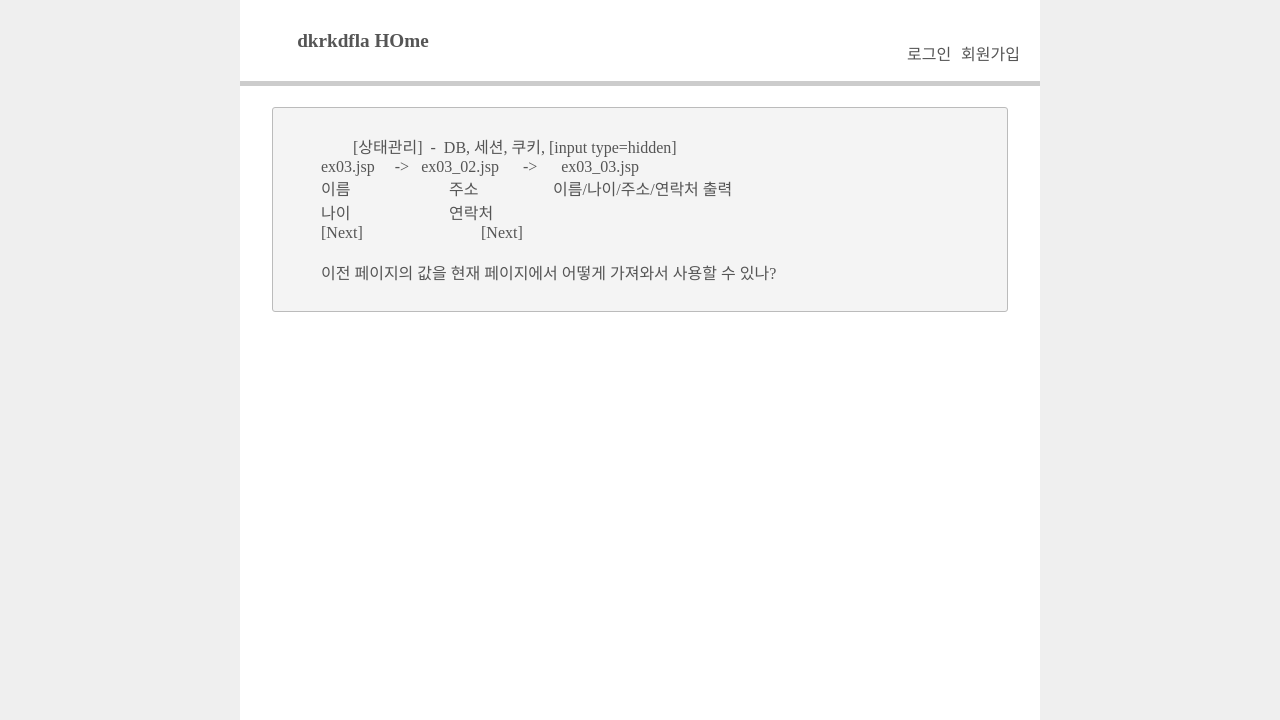
Repository: Dusajang/JSPClass
Page: http://localhost/jspPro/days04/ex03.jsp
An editor plug-in stored every save of this project. The page is shown before and after the next save, followed by the edit.
The browser window is 1280 px wide. The pictures show the whole page.
Some web fonts or font styles are not loaded; a fallback is used. The page is served by Tomcat 9. Other server files are loaded and not shown.

Above is the page before, as saved 2024-10-18 05:51:23.

### jspPro/src/main/webapp/days04/ex03.jsp
<%@ page contentType="text/html; charset=UTF-8" pageEncoding="UTF-8"%>
<%@ taglib prefix="c" uri="http://java.sun.com/jsp/jstl/core" %>
<!DOCTYPE html>
<html>
<head>
<meta charset="UTF-8">
<title>Insert title here</title>
<link rel="shortcut icon" type="image/x-icon" href="http://localhost/jspPro/images/SiSt.ico">
<script src="https://ajax.googleapis.com/ajax/libs/jquery/3.7.1/jquery.min.js"></script>
<meta name="viewport" content="width=device-width, initial-scale=1.0">
<meta name="google" content="notranslate">
<link rel="stylesheet" href="http://localhost/jspPro/resources/cdn-main/example.css">
<script src="http://localhost/jspPro/resources/cdn-main/example.js"></script>
<style>
 span.material-symbols-outlined{
    vertical-align: text-bottom;
 }
</style>
</head>
<body>
<header>
  <h1 class="main"><a href="#" style="position: absolute;top:30px;">dkrkdfla HOme</a></h1>
  <ul>
    <li><a href="#">로그인</a></li>
    <li><a href="#">회원가입</a></li>
  </ul>
</header>
<div>
  <xmp class="code">
  		[상태관리]  -  DB, 세션, 쿠키, [input type=hidden]
    	ex03.jsp     ->   ex03_02.jsp      ->      ex03_03.jsp
    	이름				주소			  이름/나이/주소/연락처 출력
    	나이				연락처
    	[Next]				[Next]

    	이전 페이지의 값을 현재 페이지에서 어떻게 가져와서 사용할 수 있나?
  </xmp>
</div>
</body>
</html>

### jspPro/src/main/webapp/resources/cdn-main/example.css
@charset "UTF-8";

@import url('https://fonts.googleapis.com/css2?family=Material+Symbols+Outlined:opsz,wght,FILL,GRAD@20..48,100..700,0..1,-50..200');

@font-face {
    font-family: 'GmarketSansMedium';
    src: url('https://cdn.jsdelivr.net/gh/projectnoonnu/noonfonts_2001@1.1/GmarketSansMedium.woff') format('woff');
    font-weight: normal;
    font-style: normal;
}

:root {
	--text-color: #555;
	--sub-text-color: #777;
	--back-color: #EFEFEF;
	--header-color: #444;
	--primary-color: #DEDEDE;
	--secondary-color: #EFEFEF;
	--default-width: 800px;
	--narrow-width: 500px;
	--wide-width: 1200px;
	--text-font: 'GmarketSansMedium';
	--icon-font: 'Material Symbols Outlined';
	--border-color: #CCC;
}

html, body {
	margin: 0;
	padding: 0;
}

html {
	background-color: var(--back-color);
	display: flex;
	justify-content: center;
	min-height: 100vh;
}

body, body.default {
	width: var(--default-width);
	background-color: white;
	padding-bottom: 120px;
}

body.wide {
	width: var(--wide-width);
}

body.narrow {
	width: var(--narrow-width);
}



body, p, div, span, a, input, select, option, textarea, button, table, th, td, label, fieldset, legend {
	font-family: var(--text-font);
	color: var(--text-color);
}

h1, h2, h3 {
	font-family: var(--text-font);
	color: var(--header-color);
	padding: 0 1rem;
	padding-top: .5rem;
}

div > h1, div > h2, div > h3 {
	padding: 0;
}

body > div, body > main > div {
	padding: 0.3rem 1rem;
}


h1 { font-size: 2rem; border-bottom: 1px solid var(--border-color); }
h1 small { font-size: 1.2rem; color: var(--sub-text-color); }
h2 { font-size: 1.5rem; border-bottom: 1px dashed var(--border-color); }
h2 small { font-size: 1.1rem; color: --sub-text-color; }
h3 { font-size: 1.2rem; }
h3 small { font-size: 1rem; color: --sub-text-color; }



h1.main::before {
	font-family: var(--icon-font);
  	content: '\e666';
  	margin-right: 10px;
  	float: left;
	font-size: 2.5rem;
}

h1.sub::before {
	font-family: var(--icon-font);
  	content: '\ea19';
  	margin-right: 10px;
  	float: left;
	font-size: 2.5rem;
}


h1.page::before {
	font-family: var(--icon-font);
  	content: '\e0e0';
  	margin-right: 10px;
  	float: left;
	font-size: 2.5rem;
}

body > header > ul > li > .active{
	background-color: #FFF;
	color:#F00;
}

body > header {
	display: flex;
	justify-content: space-between;
	border-bottom: 5px solid var(--border-color);
	min-height: 74px;
	background-color: #FFF;
}

body > header.sticky {
	position: sticky;
	top: 0;
	z-index: 98;
}

body > header > h1 {
	font-size: 1.2rem;
	border: 0;
}

body > header.in > h1::before {
	font-family: var(--icon-font);
  	content: '\e332‥';
  	margin-right: 3px;
  	float: left;
	font-size: 2rem;
}


body > header > ul {
	list-style-type: none;
	display: flex;
	align-items: flex-end;
	margin-right: 10px;
}

body > header > ul > li {
	margin-right: 10px;
	cursor: pointer;
}

body > header > ul > li > a {
	cursor: pointer;
}


form {
	display: block;
}

form > div {
	padding: 0.3rem 1rem;
}

div > form > div {
	padding: 0.3rem 0;
}

input, textarea, button, select {
	border: 1px solid #BBB;
	border-radius: 3px;
	outline: none;
	resize: none;
	padding: 7px;
	margin: 0;
}

input[type=text]:read-only, textarea:read-only {
	cursor: not-allowed;
	background-color: #FFF;
}

input[type=text]:disabled, textarea:disabled {
	cursor: not-allowed;
	background-color: #EEE;
}

input[type=text], input[type=password], textarea, button, select {
	/* width: 300px; */
}

textarea {
	display: block;
	height: 100px;
}

input[type=button], input[type=submit], button {
	/* width: inherit; */
}

input.short, textarea.short, button.short, select.short {
	width: 100px;
}

input.long, textarea.long, button.long, select.long {
	width: 350px;
}

.narrow input.long, .narrow textarea.long, .narrow button.long, .narrow select.long {
	width: calc(100% - 20px);
}

input.full, textarea.full, button.full, select.full {
	width: calc(100% - 20px);
}

textarea.short {
	height: 50px;
}

textarea.long {
	height: 100px;
}

textarea.full {
	height: 200px;
}

input, textarea {
	padding-top: 8px;
}

input[type=button], input[type=submit], button {
	padding: 5px 10px;
	background-color: var(--secondary-color);
	cursor: pointer;
	min-height: 36px;
}

input[type=button].primary, input[type=submit].primary, button.primary {
	/* background-color: rgba(100, 149, 237, .2); */
	background-color: var(--primary-color);
}

input[type=button].primary:hover, input[type=submit].primary:hover, button.primary:hover {
	/* background-color: rgba(100, 149, 237, .3); */
	background-color: var(--secondary-color);
}

input[type=button]:hover, input[type=submit]:hover, button:hover {
	background-color: var(--primary-color);
}

button {
	position: relative;
	left: 0;
	top: 0;
	padding-left: 35px;
}

button .material-symbols-outlined {
	position: absolute;
	left: 10px;
	top: 4px;
}

/* k2nik add */
button.login::before {
	font-family: var(--icon-font);
  	content: '\ea77';
	position: absolute;
	left: 11px;
	top: 4px;
	font-size: 1.25rem;
}

/* k2nik logout */
button.logout::before {
	font-family: var(--icon-font);
  	content: '\e9ba';
	position: absolute;
	left: 11px;
	top: 4px;
	font-size: 1.25rem;
}

/* k2nik help */
button.help::before {
	font-family: var(--icon-font);
  	content: '\f1c0';
	position: absolute;
	left: 11px;
	top: 4px;
	font-size: 1.25rem;
}

button.add::before{
	font-family: var(--icon-font);
  	content: '\e746';
	position: absolute;
	left: 11px;
	top: 4px;
	font-size: 1.25rem;
}

button.back::before {
	font-family: var(--icon-font);
  	content: '\e166';
	position: absolute;
	left: 11px;
	top: 4px;
	font-size: 1.25rem;
}

button.list::before {
	font-family: var(--icon-font);
  	content: '\e0ee';
	position: absolute;
	left: 11px;
	top: 4px;
	font-size: 1.25rem;
}


button.del::before {
	font-family: var(--icon-font);
  	content: '\e872';
	position: absolute;
	left: 11px;
	top: 4px;
	font-size: 1.25rem;
}


button.edit::before {
	font-family: var(--icon-font);
  	content: '\e745';
	position: absolute;
	left: 11px;
	top: 4px;
	font-size: 1.25rem;
}


button.login::before {
	font-family: var(--icon-font);
  	content: '\ea77';
	position: absolute;
	left: 11px;
	top: 4px;
	font-size: 1.25rem;
}


button.logout::before {
	font-family: var(--icon-font);
  	content: '\e9ba';
	position: absolute;
	left: 11px;
	top: 4px;
	font-size: 1.25rem;
}


button.in::before {
	font-family: var(--icon-font);
  	content: '\f71a';
	position: absolute;
	left: 11px;
	top: 4px;
	font-size: 1.25rem;
}


button.out::before {
	font-family: var(--icon-font);
  	content: '\f70e';
	position: absolute;
	left: 11px;
	top: 4px;
	font-size: 1.25rem;
}


button.reply::before {
	font-family: var(--icon-font);
  	content: '\e15e';
	position: absolute;
	left: 11px;
	top: 4px;
	font-size: 1.25rem;
}


button.comment::before {
	font-family: var(--icon-font);
  	content: '\e0b9';
	position: absolute;
	left: 11px;
	top: 4px;
	font-size: 1.25rem;
}


button.modal::before {
	font-family: var(--icon-font);
  	content: '\e89e';
	position: absolute;
	left: 11px;
	top: 4px;
	font-size: 1.25rem;
}


button.ok::before {
	font-family: var(--icon-font);
  	content: '\e86c';
	position: absolute;
	left: 11px;
	top: 4px;
	font-size: 1.25rem;
}


button.cancel::before {
	font-family: var(--icon-font);
  	content: '\e5c9';
	position: absolute;
	left: 11px;
	top: 4px;
	font-size: 1.25rem;
}

button.search::before {
	font-family: var(--icon-font);
  	content: '\e8b6';
	position: absolute;
	left: 11px;
	top: 4px;
	font-size: 1.25rem;
}

button.home::before {
	font-family: var(--icon-font);
  	content: '\e88a';
	position: absolute;
	left: 11px;
	top: 4px;
	font-size: 1.25rem;
}


button.sidebar::before {
	font-family: var(--icon-font);
  	content: '\f7e4';
	position: absolute;
	left: 11px;
	top: 4px;
	font-size: 1.25rem;
}


button.sidebar-right::before {
	font-family: var(--icon-font);
  	content: '\f7e5';
	position: absolute;
	left: 11px;
	top: 4px;
	font-size: 1.25rem;
}




button::before {
	font-family: var(--icon-font);
  	content: '\e323';
	position: absolute;
	left: 11px;
	top: 4px;
	font-size: 1.25rem;
}


table {
	border-collapse: collapse;
	margin: 1rem;
	box-sizing: border-box;
	width: calc(100% - 32px);
}

table.content {
	width: auto;
}

div > table {
	margin: 0;
}

table th, table td {
	border: 1px solid var(--border-color);
	padding: 7px;
	font-weight: normal;
}

table th {
	background-color: var(--back-color);
}

table.vertical th {
	width: 150px;
}

table.vertical td {
	width: calc(100% - 182px);
	padding-left: 10px;
}

table.content td, table.content th {
	width: auto;
}

body.narrow table.vertical th {
	width: 100px;
}

body.narrow table.vertical td {
	width: calc(100% - 182px);
}


table + table {
	margin-top: 30px;
}


p {
	padding: 0 1rem;
}

a {
	text-decoration: none;
}

a:hover {
	color: rgba(255, 99, 71, .7);
}

hr {
	border: 0;
	border-top: 1px solid var(--border-color);
	margin: 2rem 0;
}

.message {
	border: 1px solid var(--border-color);
	background-color: #EFEFEF;
	margin: 1rem;
	width: auto;
	padding-top: 10px;
	padding-bottom: 10px;
	font-size: 14px;
}

.message[title]::before {
	content: attr(title);
	display: block;
	border-bottom: 1px solid var(--border-color);
	padding-bottom: 5px;
	margin-bottom: 10px;
	margin-top: 7px;
}

.message.short {
	max-width: 250px;
}

.message.long {
	max-width: 500px;
}

.badge {
	float: right;
	font-size: .8rem;
	margin-top: 2px;
	margin-right: 2px;
	text-shadow: 0 0 7px gray;
}

.badge.left {
	float: none;
	margin-left: 2px;
}

.badge.right {
	float: right;
}

.badge.red {
	border-radius: 50%;
	padding: 2px 5px;
	background-color: rgb(255, 99, 71, .3);
}

.badge.yellow {

	border-radius: 50%;
	padding: 2px 5px;
	background-color: rgb(255, 215, 0, .5);
}

.badge.blue {
	border-radius: 50%;
	padding: 2px 5px;
	background-color: rgb(100, 149, 237, .3);
}

label + label {
	margin-left: 7px;
}

label input[type=checkbox], label input[type=radio] {
	transform: translate(0, 1px);
}

.group {
	display: flex;
}

.modal-content .group {
	margin-bottom: .5rem;
}

.group label {
	border: 1px solid #BBB;
	border-radius: 3px;
	outline: none;
	resize: none;
	padding: 7px 14px;
	margin: 0;
	border-top-right-radius: 0;
	border-bottom-right-radius: 0;
	background-color: #EFEFEF;
	white-space: nowrap;
	font-size: 14px;
}

.group input[type=text] {
	margin-left: -1px;
	border-top-left-radius: 0;
	border-bottom-left-radius: 0;
}

.group select {
	margin-left: -1px;
	border-top-left-radius: 0;
	border-bottom-left-radius: 0;
}

.group input.full[type=text] {
	margin-left: -1px;
	border-top-left-radius: 0;
	border-bottom-left-radius: 0;
	width: 100%;
}

.group input[type=button]:first-child, .group button:first-child {
	border-top-left-radius: 3px;
	border-bottom-left-radius: 3px;
	margin-left: 0px;
}

.group input[type=button], .group button {
	border-radius: 0;
	margin-left: -1px;
}

.group input[type=button]:last-child, .group button:last-child {
	margin-left: -1px;
	border-top-right-radius: 3px;
	border-bottom-right-radius: 3px;
}

.seperate {
	display: flex;
	justify-content: space-between;
}

div.list {
	width: max-content;
	margin: 1rem;
	border: 1px solid #BBB;
	border-radius: 3px;
	padding: 0;
}

div.list.full {
	width: auto;
	display: block;
	margin: 1rem;
	border: 1px solid #BBB;
	border-radius: 3px;
	padding: 0;
}

div.list > div {
	padding: .5rem 1rem;
	margin: 0;
	border-bottom: 1px solid #BBB;
}

div.list > div:last-child {
	border-bottom: 0;
}

pre.code , xmp.code{
	font-family: consols;
	background-color: rgba(150, 150, 150, .1);
	border: 1px solid #BBB;
	border-radius: 3px;
	padding: .5rem 1rem;
	padding-bottom: .6rem;
	margin: 1rem;
}




*[data-modal-window] {
	position: fixed;
	background-color: rgba(0, 0, 0, .3);
	left: 0;
	top: 0;
	display: none;
	justify-content: center;
	align-items: flex-start;
	width: 100%;
	min-height: 100vh;
	z-index: 100;
	opacity: 0;
	transition: 500ms all;
}

*[data-modal-window] .modal-container {
	border-radius: 5px;
	padding: 1rem;
	padding-bottom: .5rem;
	margin-top: -500px;
	opacity: 0;
	width: 500px;
	background-color: #FFF;
	margin-right: 2rem;
	transition: 500ms all;
}

*[data-modal-size=content] .modal-container {
	width: auto;
}

*[data-modal-size=narrow] .modal-container {
	width: 300px;
}

*[data-modal-size=wide] .modal-container {
	width: 760px;
}


*[data-modal-window] .modal-header {
	border-bottom: 1px solid var(--border-color);
	padding: 2px 5px;
}

*[data-modal-window] .modal-content {
	padding: 1rem 5px;
}

*[data-modal-window] .modal-content div:last-child {
	margin-top: 1rem;
	text-align: right;
}



*[data-sidebar-window] {
	position: fixed;
	background-color: #FFF;
	left: 0;
	top: 0;
	display: block;
	width: 300px;
	border-right: 1px solid var(--border-color);
	box-sizing: border-box;
	box-shadow: 0 0 3px var(--back-color);
	min-height: 100vh;
	z-index: 99;
	transform: translate(-300px, 0);
	transition-duration: 500ms;
	transition-property: transform;
}

*[data-sidebar-direction=right] {
	left: auto;
	right: 0;
	transform: translate(300px, 0);
	border-left: 1px solid var(--border-color);
}

*[data-sidebar-size=wide] {
	width: 500px;
	transform: translate(-500px, 0);
}

*[data-sidebar-window] .sidebar-title {
	border-bottom: 1px solid var(--border-color);
	margin-top: 20px;
	margin-bottom: 20px;
	padding-bottom: 5px;
	display: flex;
	justify-content: space-between;
}

*[data-sidebar-window] .sidebar-title span:last-child {
	cursor: pointer;
}


/* K2Nik pagination */
.center {
  text-align: center;
}

.pagination {
  display: inline-block;
}

.pagination a {
  color: black;
  float: left;
  padding: 3px 6px;
  text-decoration: none;
  transition: background-color .3s;
  border: 1px solid #ddd;
  margin: 0 3px;
}

.pagination a.active {
  background-color: #4CAF50;
  color: white;
  border: 1px solid #4CAF50;
}

.pagination a:hover:not(.active) {background-color: #ddd;}

### jspPro/src/main/webapp/resources/cdn-main/example.js

window.onload = () => {

    const list = document.querySelectorAll('input, textarea');

    list.forEach(item => {
        item.setAttribute('autocomplete', 'off');
    });


    const modal_btn_list = document.querySelectorAll('*[data-modal-button]');

    modal_btn_list.forEach(item => {
        item.onclick = function() {

            const name = this.dataset['modalButton'];
            const modal_window = document.querySelector('*[data-modal-window=' + name);

            const container = document.createElement('div');
            container.className = 'modal-container';



            const modal_header = document.createElement('div');
            modal_header.textContent = modal_window.dataset['modalTitle'];
            modal_header.className = 'modal-header';
            container.appendChild(modal_header);

            const modal_content = document.createElement('div');
            modal_content.className = 'modal-content';
            container.appendChild(modal_content);

            Array.from(modal_window.childNodes).forEach(item => {
                modal_content.appendChild(item);
            });

            modal_window.appendChild(container);

            modal_window.style.display = 'flex';

            setTimeout(() => {
                modal_window.style.opacity = 1;
                container.style.marginTop = '20px';
                container.style.opacity = 1;
            }, 50);


            const modal_ok = document.querySelector('*[data-modal-ok=' + name);
            modal_ok.addEventListener('click', function() {
                modal_window.style.opacity = 0;
                container.style.marginTop = '-500px';
                container.style.opacity = 0;

                setTimeout(() => {
                    modal_window.innerHTML = modal_content.innerHTML;
                    modal_window.style.display = 'none';
                }, 500);

            });

            const modal_cancel = document.querySelector('*[data-modal-cancel=' + name);
            modal_cancel.addEventListener('click', function() {

                modal_window.style.opacity = 0;
                container.style.marginTop = '-500px';
                container.style.opacity = 0;

                setTimeout(() => {
                    modal_window.innerHTML = modal_content.innerHTML;
                    modal_window.style.display = 'none';
                }, 500);
            });


        };
    });


    const sidebar_btn_list = document.querySelectorAll('*[data-sidebar-button]');

    sidebar_btn_list.forEach(item => {
        item.onclick = function() {



            const name = this.dataset['sidebarButton'];
            const sidebar_window = document.querySelector('*[data-sidebar-window=' + name);

            if (sidebar_window.style.transform == 'translate(0px, 0px)') return;



            sidebar_window.style.transform = 'translate(0, 0)';

            const sidebar_title = document.createElement('div');
            sidebar_title.className = 'sidebar-title';
            sidebar_title.innerHTML = '<span>' + sidebar_window.dataset['sidebarTitle'] + '</span><span class="material-symbols-outlined">close</span>';

            sidebar_title.children[1].onclick = function() {

                let sign = 1;
                let distance = 300;

                if (sidebar_window.dataset['sidebarDirection'] != 'right') {
                    sign = -1;
                } else {
                    sign = 1;
                }

                if (sidebar_window.dataset['sidebarSize'] != 'wide') {
                    distance = 300;
                } else {
                    distance = 500;
                }

                distance *= sign;

                sidebar_window.style.transform = 'translate(' + distance + 'px, 0)';

                setTimeout(function() {
                    sidebar_window.removeChild(sidebar_window.children[0]);
                }, 500);
            };


            sidebar_window.prepend(sidebar_title);

        }
    });

};

// window.onkeydown = function(event) {

//     if (event.keyCode == 27) {
//         if (document.querySelector('[data-modal-window').style.display == 'flex') {
//             document.querySelector('[data-modal-window').style.display = 'none';
//         }
//     }

// };

After the next save:
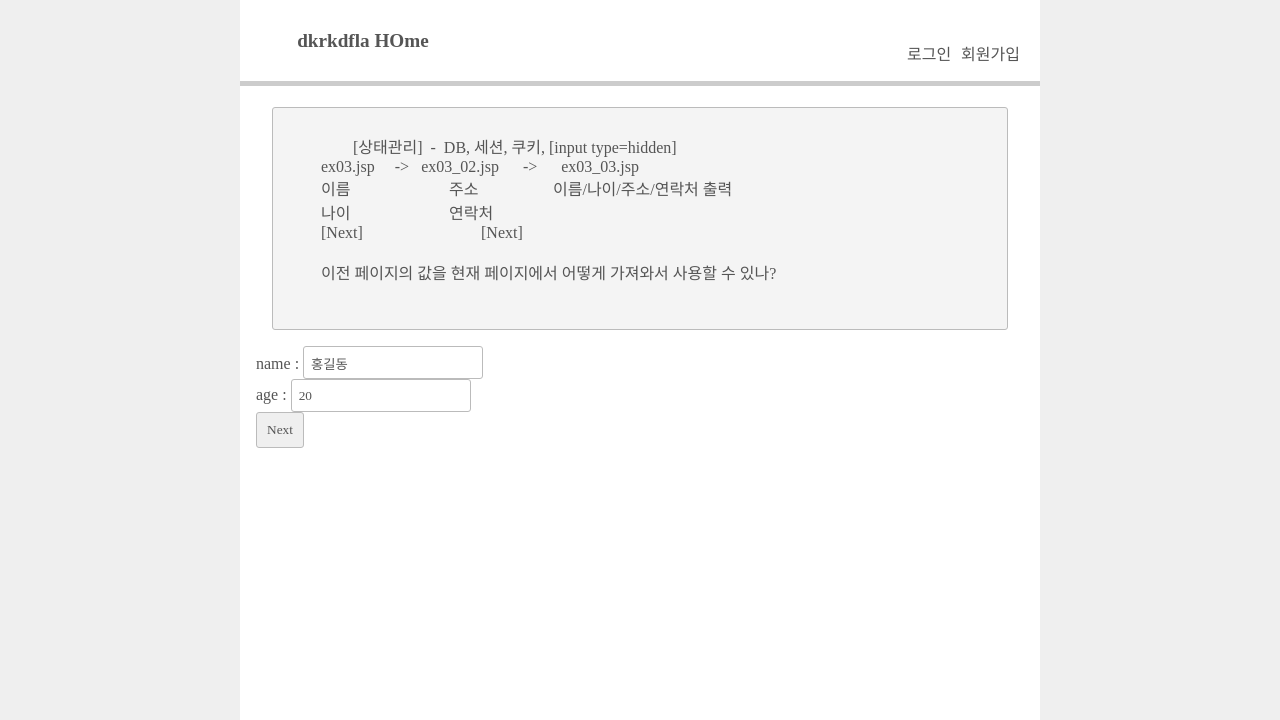
Saved 103 s later.
--- a/jspPro/src/main/webapp/days04/ex03.jsp
+++ b/jspPro/src/main/webapp/days04/ex03.jsp
@@ -34,7 +34,14 @@
     	[Next]				[Next]
 
     	이전 페이지의 값을 현재 페이지에서 어떻게 가져와서 사용할 수 있나?
+
   </xmp>
+
+  <form action="ex03_02.jsp">
+  name : <input type="text" name="name" value="홍길동"><br>
+  age : <input type="text" name="age" value="20"><br>
+  <input type="submit" value="Next">
+  </form>
 </div>
 </body>
 </html>
